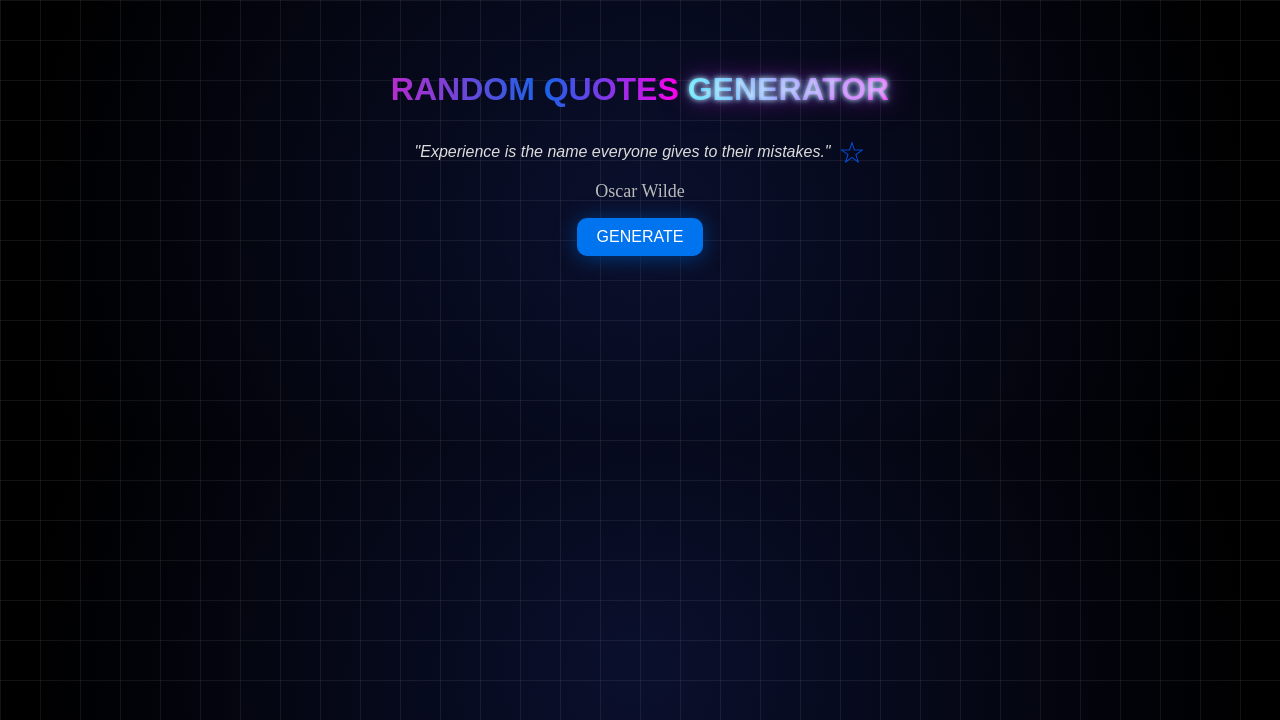
Repository: Adel-la/random-quotes
Page: index.html
These files come from the project's save history. The page is drawn as it stood at one moment and after the next save; the edit follows.
The browser window is 1280 px wide. The pictures show the whole page.

Above is the page before, as saved 2025-06-26 23:06:22.

After the next save:
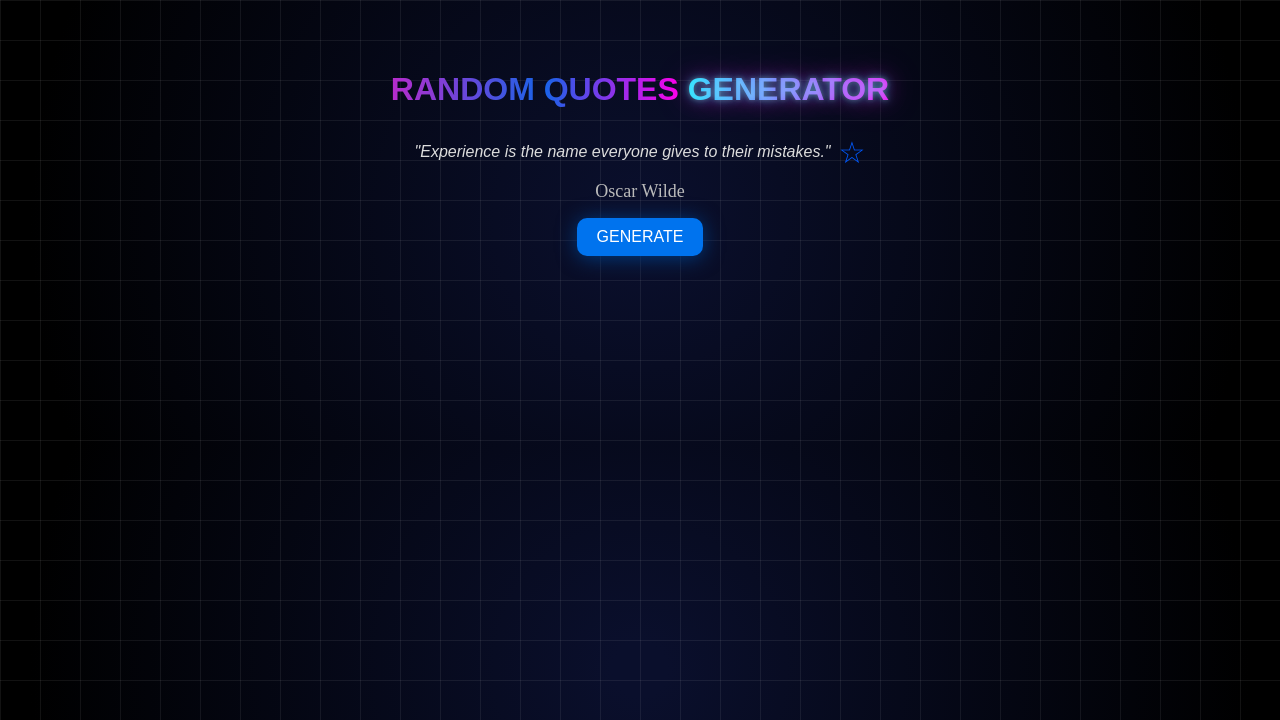
Saved 4 s later.
--- a/styles.css
+++ b/styles.css
@@ -189,7 +189,7 @@ body::before {
   -webkit-background-clip: text;
   -webkit-text-fill-color: transparent;
   text-shadow:
-    0 0 5px rgba(255, 255, 255, 0.741),
+    0 0 5px rgba(255, 255, 255, 0.238),
     0 0 10px rgba(0, 255, 255, 0.5),
     0 0 20px rgba(255, 0, 255, 0.5),
     0 0 40px rgba(255, 0, 255, 0.3);
